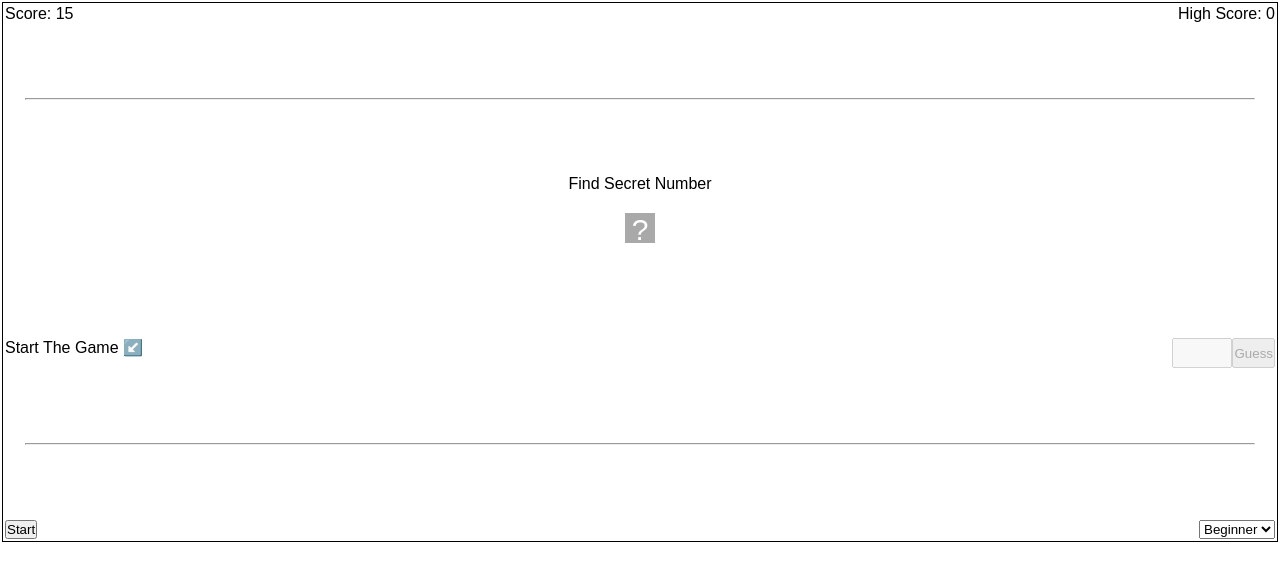
Repository: baziz22/Vanilla_JS_Projects
Page: secret_number/index.html
These files come from the project's save history. The page is drawn as it stood at one moment and after the next save; the edit follows.
The browser window is 1280 px wide. The pictures show the whole page.

Above is the page before, as saved 2022-02-19 23:57:25.

### secret_number/index.html
<!DOCTYPE html>
<html lang="en">
  <head>
    <meta charset="UTF-8" />
    <meta http-equiv="X-UA-Compatible" content="IE=edge" />
    <meta name="viewport" content="width=device-width, initial-scale=1.0" />
    <link rel="stylesheet" href="style.css" />
    <title>Guess a Number</title>
  </head>
  <body>
    <div id="scene">
      <div id="scene-header">
        <div>Score: <span id="score">15</span></div>
        <div>High Score: <span id="high-score">0</span></div>
      </div>
      <hr />
      <div id="scene-messages">
        <div id="game-title">Find Secret Number</div>
        <div id="rules">
          Secret number is between <span id="between"></span>
        </div>
        <div id="secret-number"><span id="the-secret">?</span></div>
      </div>
      <div id="scene-body">
        <div id="message">Start The Game ↙️</div>
        <input id="guess-box" type="number" min="1" max="" />
        <button id="guess-btn">Guess</button>
      </div>
      <hr />
      <div id="scene-footer">
        <button id="start-btn">Start</button>
        <select id="level" title="levels">
          <option value="beginner">Beginner</option>
          <option value="medium">Medium</option>
          <option value="hard">Hard</option>
        </select>
      </div>
    </div>
    <script src="secret_number.js"></script>
  </body>
</html>

### secret_number/style.css
* {
  padding: 0;
  margin: 0;
  box-sizing: border-box;
}
body {
  font-family: 'invasion2000', sans-serif;
}
#scene {
  min-width: 50vh;
  min-height: 75vh;
  padding: 2px;
  margin: 2px;
  border: 1px solid black;
  display: flex;
  flex-direction: column;
  justify-content: space-between;
}
#scene-header {
  display: flex;
  justify-content: space-between;
}
#scene-messages {
  display: flex;
  flex-direction: column;
  justify-items: center;
  text-align: center;
  align-items: center;
}

#scene-body {
  display: flex;
  justify-content: space-between;
}
#scene-footer {
  display: flex;
  justify-content: space-between;
}

#secret-number {
  width: 30px;
  height: 30px;
  margin: 20px;
  background-color: darkgray;
  font-size: 30px;
  color: #fff;
}
#message {
  flex-grow: 3;
}
#guess-box,
#reset {
  width: 60px;
  height: 30px;
}

hr {
  margin: 0 20px;
}

### secret_number/secret_number.js
'use strict';
let secretNumber;
let score = 15;
let high_score = 0;
let start_btn = document.getElementById('start-btn');
let secretNumberBox = document.getElementById('the-secret');
let level = document.getElementById('level');
let guess_btn = document.getElementById('guess-btn');
let rules = document.getElementById('rules');
let userInput = document.getElementById('guess-box');
let guess = userInput.value;
const displayMessage = message => {
  document.getElementById('message').textContent = message;
};

function startGame() {
  rules.style.display = 'none';
  guess_btn.disabled = true;
  userInput.disabled = true;
  start_btn.addEventListener('click', () => {
    start_btn.disabled = true;
    guess_btn.disabled = false;
    userInput.disabled = false;
    console.log(level.value);
    if (level.value === 'beginner') {
      secretNumber = Math.ceil(Math.random() * 10);
      rule('1 - 10', 10);
    } else if (level.value === 'medium') {
      secretNumber = Math.ceil(Math.random() * 50);
      rule('1 - 50', 50);
    } else {
      secretNumber = Math.ceil(Math.random() * 100);
      rule('1 - 100', 100);
    }
    console.log(secretNumber);
    displayMessage('Start Guessing!!!');
    level.disabled = true;
  });
}
function validateBox() {
  if (level.value === 'beginner') {
    if (userInput.value > 10 || userInput.value < 1) {
      displayMessage('Please See Beginner Rules ');
    } else {
      wrongAnswer();
    }
  }
  if (level.value === 'medium') {
    if (userInput.value > 50 || userInput.value < 1) {
      displayMessage('Please See Beginner Rules ');
    } else {
      wrongAnswer();
    }
  }
  if (level.value === 'hard') {
    if (userInput.value > 100 || userInput.value < 1) {
      displayMessage('Please See Beginner Rules ');
    } else {
      wrongAnswer();
    }
  }
}

const rule = (between, attrValue) => {
  rules.style.display = 'block';
  document.getElementById('between').textContent = between;
  document.getElementById('guess-box').setAttribute('max', attrValue);
};

guess_btn.addEventListener('click', gameProcessing);
function gameProcessing() {
  console.log(Number(userInput.value), typeof userInput.value);
  if (guess == secretNumber) {
    displayMessage('You made it!');
    if (high_score > score) {
    }
    console.log('h-s: ' + high_score);
    return endGame();
  }
  validateBox();
}
function wrongAnswer() {
  score--;
  document.getElementById('score').textContent = score;
  console.log(score);
  if (guess > secretNumber) {
    displayMessage('too high');
    if (score === 0) {
      displayMessage('You Lost!');
      endGame();
    }
  } else if (guess < secretNumber) {
    displayMessage('too low');
    if (score === 0) {
      displayMessage('You Lost!');
      endGame();
    }
  }
}
function endGame() {
  start_btn.disabled = false;
  guess_btn.disabled = true;
  guess = null;
  userInput.disabled = true;
  level.disabled = false;
  secretNumberBox.textContent = secretNumber;
}

startGame();

// TODO

After the next save:
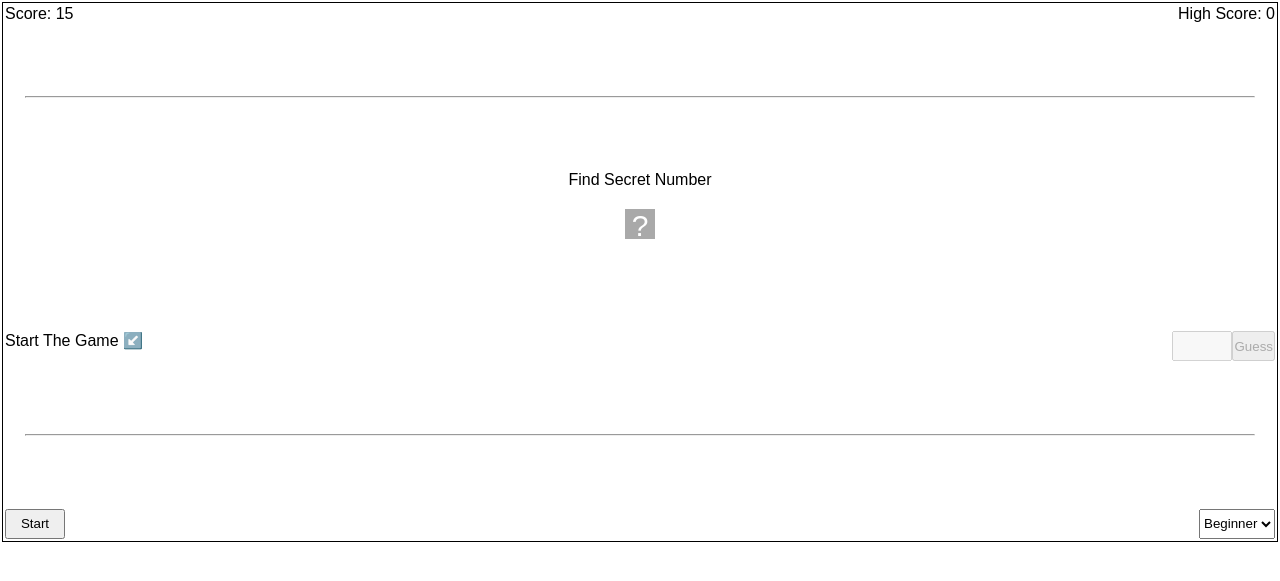
Saved 104 s later.
--- a/secret_number/style.css
+++ b/secret_number/style.css
@@ -49,7 +49,7 @@ body {
   flex-grow: 3;
 }
 #guess-box,
-#reset {
+#start-btn {
   width: 60px;
   height: 30px;
 }
